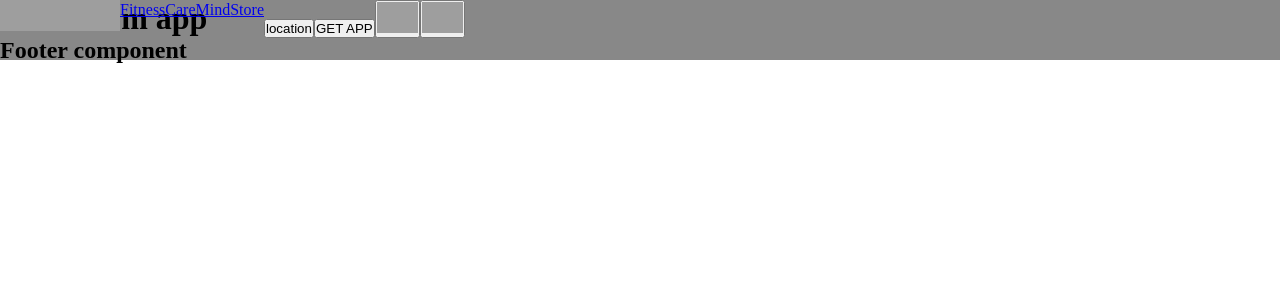
Repository: 1sanjeetsharma/cult-fit-clone
Page: /
An editor plug-in stored every save of this project. The page is shown before and after the next save, followed by the edit.
The browser window is 1280 px wide. The pictures show the whole page.
Pictures or frames that could not be fetched are drawn as grey boxes. The project was rebuilt for these pictures with package versions that can differ from the ones it lists, and the page was loaded fresh each time. Also part of the build but not shown: vite.config.js.

Above is the page before, as saved 2023-07-22 22:44:19.

After the next save:
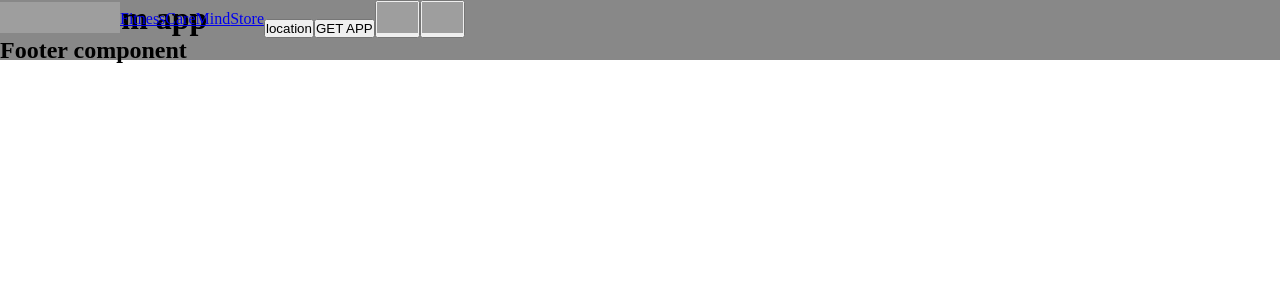
Saved 3 min 54 s later.
--- a/src/components/body/Navbar/navbar.css
+++ b/src/components/body/Navbar/navbar.css
@@ -22,12 +22,8 @@
 }
 nav {
 	display: flex;
-	/* margin: auto; */
-
-	/* align-items: center; */
-	line-height: 20px;
-	flex-flow: row;
-	/* justify-content: space-between; */
+	flex-flow: row wrap;
+	align-items: center;
 }
 .tabs {
 }
